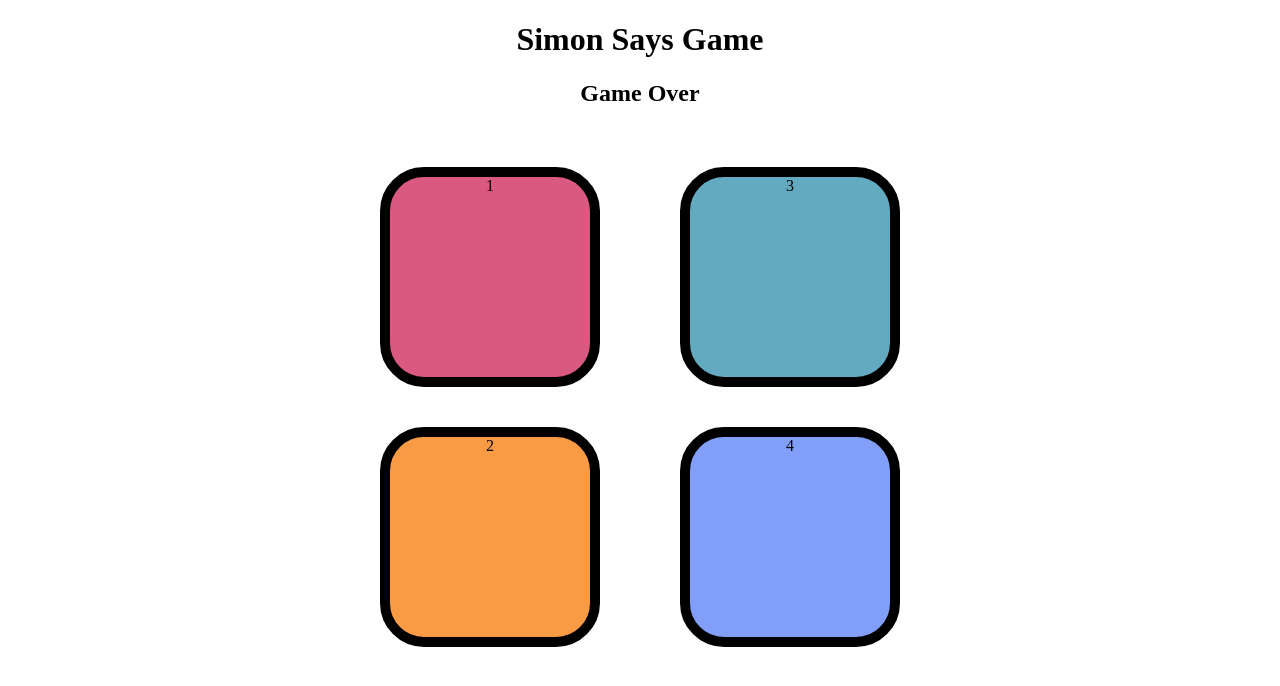
Repository: Manish-tomar-aligarh/Simon-Says-Game
Page: index.html
The author's editor kept a copy of each file at every save. The page is drawn from the files as they stood at one save, then again after a run of saves.
The browser window is 1280 px wide. The pictures show the whole page.
After loading, the first visible `#red` was clicked once.

Above is the page before, as saved 2025-05-26 08:21:44.

### index.html
<!DOCTYPE html>
<html lang="en">
<head>
    <meta charset="UTF-8">
    <meta name="viewport" content="width=device-width, initial-scale=1.0">
    <title>Simon Says Game</title>
    <link rel="stylesheet" href="style.css">
</head>
<body>
    <h1>Simon Says Game</h1>
    <h2>Press any key to start</h2>

    <div class="box-container">

        <div class="line-one">
            <div class="btn red" type="button" id="red">1</div>
        <div class="btn yellow" type="button" id="yellow">2</div>

        </div>
        <div class="line-two">
            <div class="btn green" type="button" id="green">3</div>
        <div class="btn purple" type="button" id="purple">4</div>

        </div>


    </div>

    <script src="app.js"></script>

</body>
</html>

### style.css
body{
    text-align: center;
}

.btn{
    height:200px;
    width:200px;
    border-radius: 20%;
    border : 10px solid black;
    margin:2.5rem;
}

.box-container{
    display:flex;
    justify-content: center;

}
.yellow{
    background-color: #f99b45;
}
.red{
    background-color: #d95980;
}
.green{
    background-color: #63aac0;
}
.purple{
    background-color: #819ff9;
}

.flash{
    background-color:white;
}

.userFlash{
    background-color:green;
}

### app.js
// Simon Game Implementation

let gameSeq=[];
let userSeq=[];
let level = 0;
let started = false;

let btns =["yellow","red","green","purple"];

let h2 = document.querySelector("h2");
document.addEventListener("keypress",function(){
    if(started==false){
        console.log("Game started");
        started=true;
        levelUp();
    }
});

function gameFlash(btn){
    btn.classList.add("flash");
    setTimeout(function(){
        btn.classList.remove("flash");
    },250)
}

function userFlash(btn){
    btn.classList.add("userFlash");
    setTimeout(function(){
        btn.classList.remove("userFlash");
    },250)
}

function levelUp(){
    userSeq=[];
    level++;
    h2.innerText =`Level ${level}`;
    let randomIdx = Math.floor(Math.random()*3);
    let randomColor = btns[randomIdx];
    let randomBtn = document.querySelector(`.${randomColor}`);
    // console.log(randomIdx);
    // console.log(randomColor);
    // console.log(randomBtn);
    gameSeq.push(randomColor);
    console.log(gameSeq);

    gameFlash(randomBtn);
}

function checkAns(idx){

    if(userSeq[idx] ===gameSeq[idx]){
        if(userSeq.length===gameSeq.length){
            setTimeout(levelUp,1000);
        }
    }else{
        h2.innerHTML ="Game Over";
        reset();

    }
}


function btnPress(){
    console.log(this);
    let btn =this;
    userFlash(btn);
    let userColor = btn.getAttribute("id");
    console.log(userColor);
    userSeq.push(userColor);
    checkAns(userSeq.length-1);


}

let allBtns = document.querySelectorAll(".btn");
for (btn of allBtns){
    btn.addEventListener("click",btnPress);
}


function reset(){
    started=false;
    level = 0;
    gameSeq=[];
    userSeq=[];

}

After the next 5 saves:
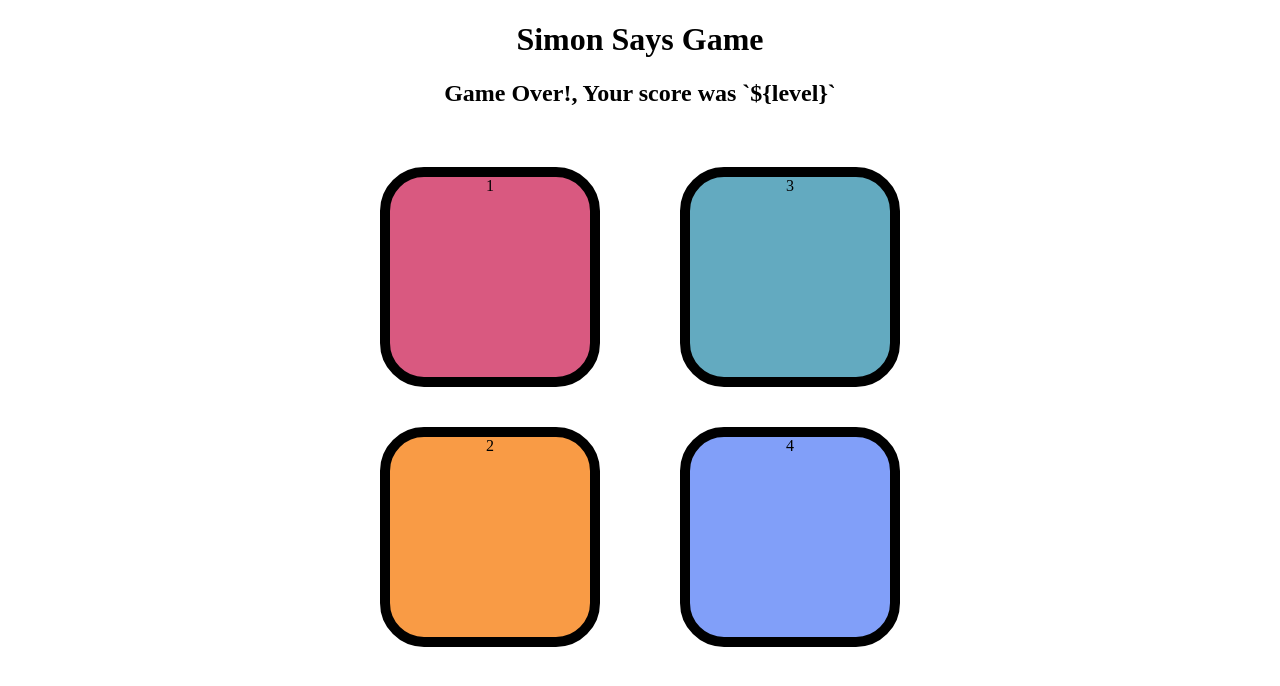
The 5 saves are shown as one change because they came seconds apart.
The last was saved 25 s later.
--- a/app.js
+++ b/app.js
@@ -53,7 +53,7 @@ function checkAns(idx){
             setTimeout(levelUp,1000);
         }
     }else{
-        h2.innerHTML ="Game Over";
+        h2.innerHTML ="Game Over!, Your score was `${level}`";
         reset();
 
     }
